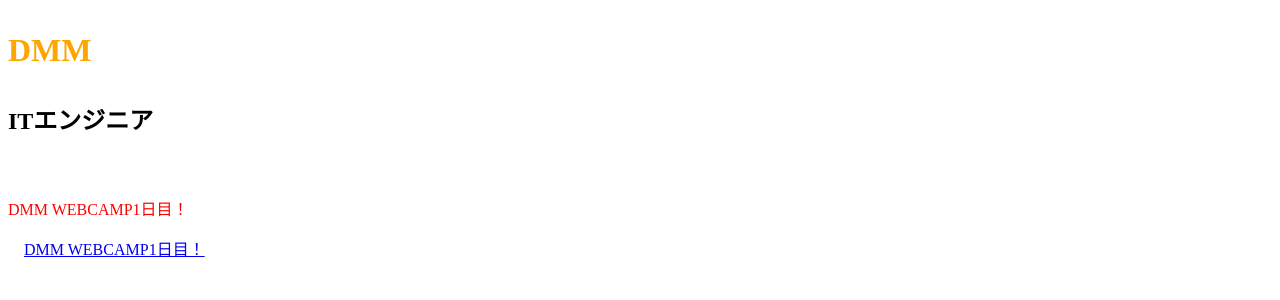
Repository: sunny0105yoko/bookers2-debug
Page: sample/sample.html
The author's editor kept a record of every edit. The page is drawn from the files as they stood at one moment, then again after the next edit.
The browser window is 1280 px wide. The pictures show the whole page.

Above is the page before.

After the next edit:
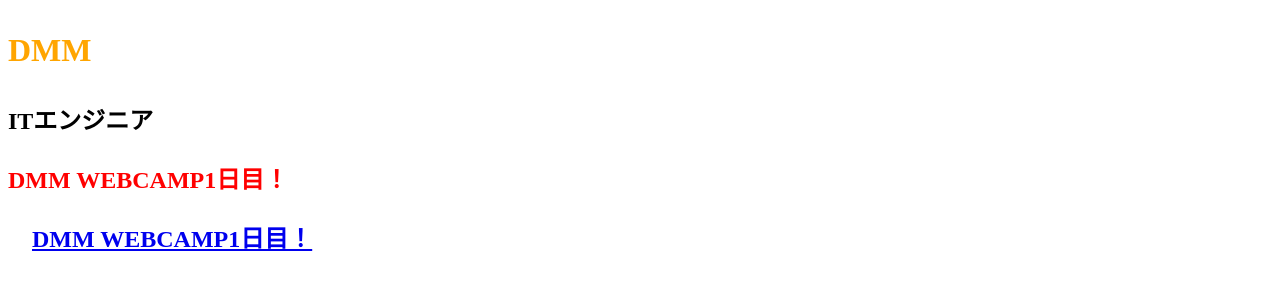
The edit:
--- a/sample/sample.html
+++ b/sample/sample.html
@@ -9,7 +9,7 @@
     <h1>
     <p class="word-orange">DMM</p>
     </h1>
-    <h2>ITエンジニア</h2>
+    <h2>ITエンジニア
   　<p class="word-red">DMM WEBCAMP1日目！</p>
   　<a href="https://web-camp.online/lesson/curriculums/283/contents/2646">DMM WEBCAMP1日目！</a>
 
